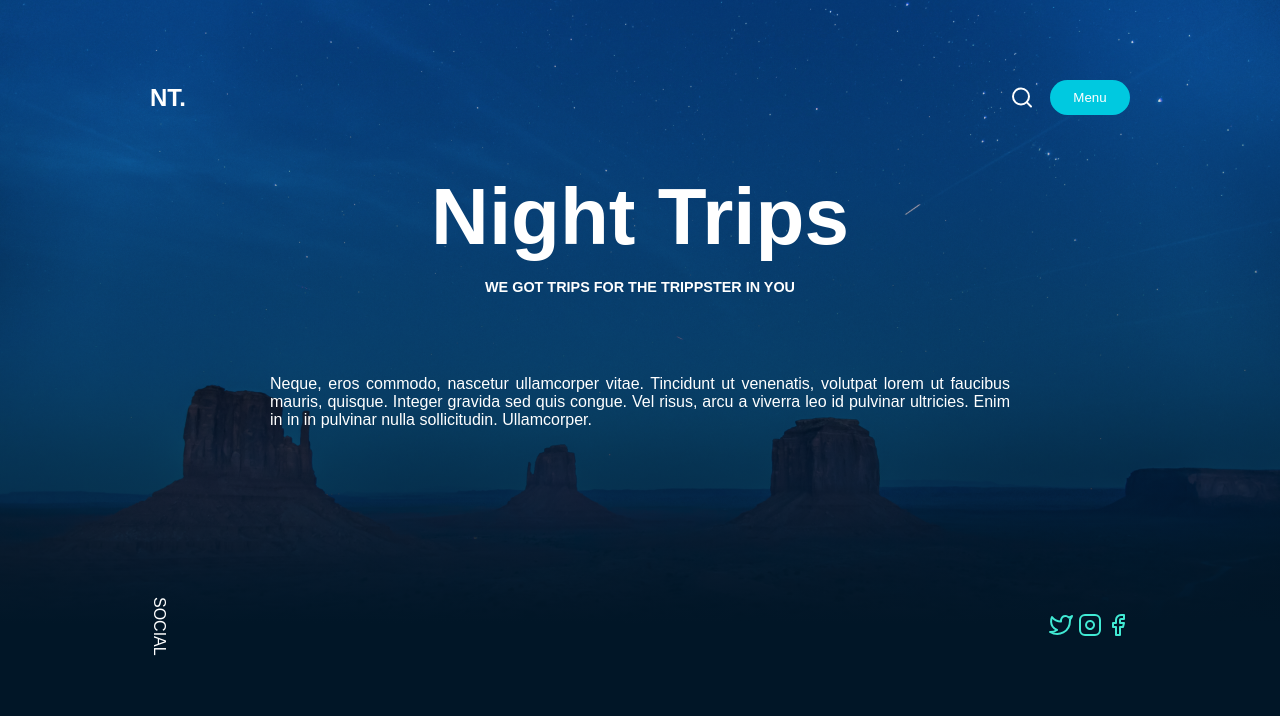
Repository: Silva-jr/night-trip
Page: index.html
An editor plug-in stored every save of this project. The page is shown before and after the next save, followed by the edit.
The browser window is 1280 px wide. The pictures show the whole page.

Above is the page before, as saved 2021-07-21 00:25:05.

After the next save:
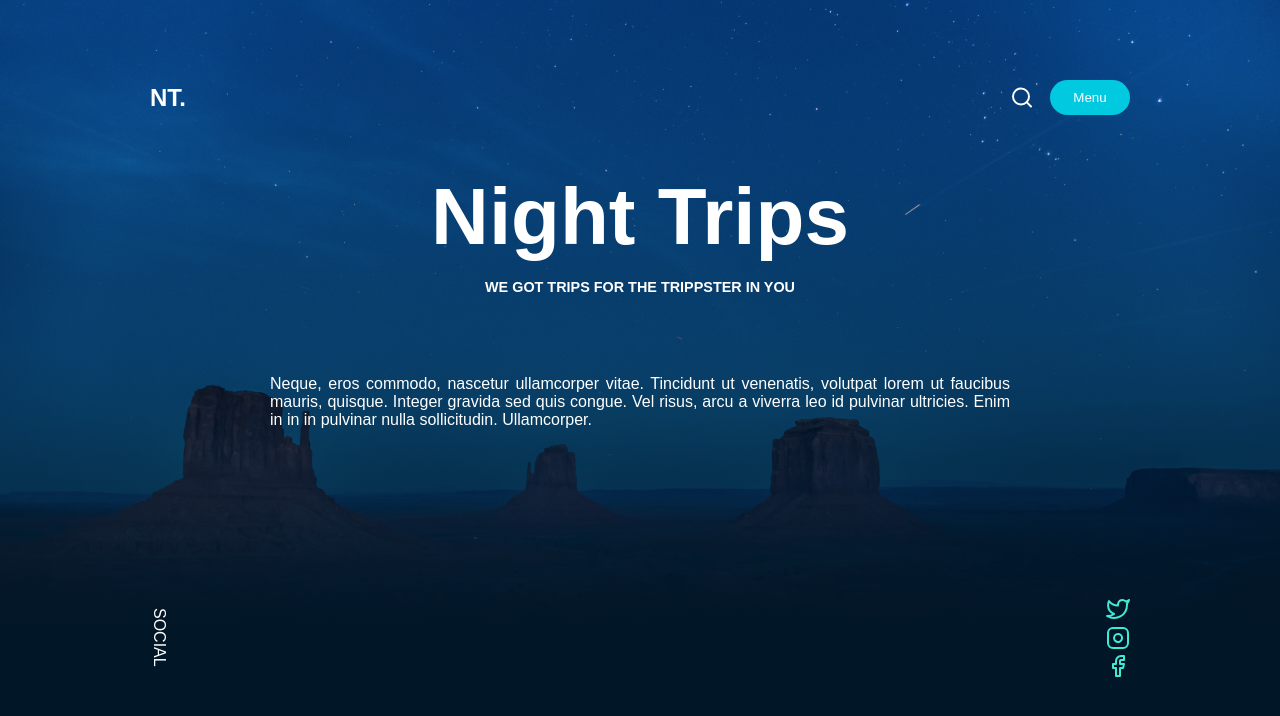
Saved 6 s later.
--- a/style/style.css
+++ b/style/style.css
@@ -132,6 +132,6 @@ a {
     writing-mode: vertical-rl;
 }
 
-.social-items img{
+.icon{
     writing-mode: vertical-rl;
 }
